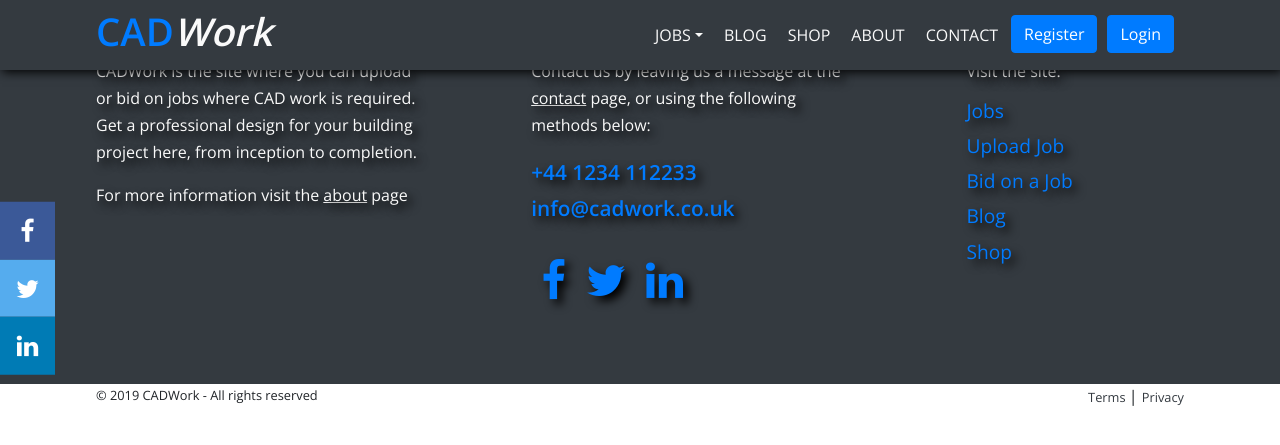
Repository: JShad30/cadwork
Page: templates/base.html
The author's editor kept a record of every edit. The page is drawn from the files as they stood at one moment, then again after the next edit.
The browser window is 1280 px wide. The pictures show the whole page.
The template is drawn by Django 2.2. The application's start-up code is not run. Other server files are loaded and not shown. The template is opened directly, without the code that normally fills it, so the values that code supplies are empty.

Above is the page before.

### templates/base.html
{% load staticfiles %}
<!DOCTYPE html>
<html lang="en">

<head>
	<!--Meta descriptions-->
    <meta charset="UTF-8">
    <meta name="viewport" content="width=device-width, initial-scale=1.0">
    <meta http-equiv="X-UA-Compatible" content="ie=edge">
    <meta name="description" content="Upload jobs and find a CAD Professional for your project">

    <!--Website title and description-->
    <title>CADWork</title>

    <!--Links to font awesome used for social icons and the css file and the bootstrap framework-->
    <link rel="stylesheet" href="https://stackpath.bootstrapcdn.com/bootstrap/4.3.1/css/bootstrap.min.css" integrity="sha384-ggOyR0iXCbMQv3Xipma34MD+dH/1fQ784/j6cY/iJTQUOhcWr7x9JvoRxT2MZw1T" crossorigin="anonymous">
    <link rel="stylesheet" href="https://cdnjs.cloudflare.com/ajax/libs/font-awesome/4.7.0/css/font-awesome.min.css">
    <link rel="stylesheet" href="{% static 'css/styles.css' %}">
</head>

<!--This html page will have the navbar and footer that will be used on every one of the pages-->
<body>

	<nav class="navbar navbar-expand-lg navbar-dark bg-dark">
		<div class="navbar-container">
			<div class="navbar-logo-dropdown-icon">
			    <h2 class="navbar-logo"><a class="navbar-brand" href="#"><span class="navbar-logo-blue">CAD</span><span class="navbar-logo-white">Work</span></a></h2>
			    <button class="navbar-toggler" type="button" data-toggle="collapse" data-target="#navbarNavDropdown" aria-controls="navbarNavDropdown" aria-expanded="false" aria-label="Toggle navigation">
			        <span class="navbar-toggler-icon"></span>
			    </button>
		    </div>
		    <div class="collapse navbar-collapse" id="navbarNavDropdown">
		        <ul class="navbar-nav ml-1">
		        	<li class="nav-item">
		                <a class="nav-link dropdown-toggle" href="#" id="navbarDropdownMenuLink" role="button" data-toggle="dropdown" aria-haspopup="true" aria-expanded="false">Jobs</a>
		        		<div class="dropdown-menu bg-dark" aria-labelledby="navbarDropdownMenuLink">
				            <a class="dropdown-item pl-3" href="#">Upload</a>
				            <a class="dropdown-item pl-3" href="#">Bid</a>
		        		</div>
		      		</li>
		            <li class="nav-item">
		                <a class="nav-link" href="#">Blog</a>
		            </li>
		            <li class="nav-item">
		                <a class="nav-link" href="#">Shop</a>
		            </li>
		            <li class="nav-item">
		                <a class="nav-link" href="#">About</a>
		            </li>
		            <li class="nav-item">
		                <a class="nav-link" href="#">Contact</a>
		            </li>
		            <!--Buttons that link to pages allowing the user to sign up or login to their membership area-->

	                {% if user.is_authenticated %}
	                <!--Account link which only appears if user is logged in-->
	                <div class="nav-item">
	                	<a class="nav-link" href="#">Account</a>
	                </div>
	                <div class="nav-item">
	                	<button class="btn btn-info" href="#" role="button">Logout</button>
	                </div>

		            {% else %}
		            <div class="nav-item nav-buttons">
	                	<button class="btn btn-primary" href="#" role="button">Register</button>
	                	<button class="btn btn-primary" href="#" role="button">Login</button>
	                </div>
		            {% endif %}
		    	</ul>
		    	<!--Social links in destop views wil be attached to the side of the page-->
	            <div class="navbar-social-link ml-1">
	                <a class="social-link" href="https://www.facebook.com/" target="_blank"><i class="fa fa-facebook"></i></a>
	                <a class="social-link" href="https://twitter.com/" target="_blank"><i class="fa fa-twitter"></i></a>
	                <a class="social-link" href="https://www.linkedin.com/?hl=en" target="_blank"><i class="fa fa-linkedin"></i></a>
	            </div>
		    	<!--Contact and about page only appears in mobile views-->
		        <div class="terms-privacy-navbar">
		          	<div class="terms-privacy-navbar-links">
		          		<span class="terms-privacy-link">&#169; 2019 CADWork</span>
		          		<div class="terms-privacy-navbar">
				            <a id="terms-navbar" class="terms-privacy-link" href="#">Terms</a><span class="terms-privacy-navbar-divider"> | </span><a id="privacy-navbar" class="terms-privacy-link" href="#">Privacy</a></p>
			            </div>
			        </div>
		        </div>
		  	</div>
		</div>
	</nav>

    <!--These social icons only display when the website is displayed in desktop views -->
    <div class="icon-bar-desktop-views">
		<a href="https://www.facebook.com/" target="_blank" class="icon-bar-facebook"><i class="fa fa-facebook"></i></a>
		<a href="https://twitter.com/" target="_blank" class="icon-bar-twitter"><i class="fa fa-twitter"></i></a>
		<a href="https://www.linkedin.com/?hl=en" target="_blank" class="icon-bar-linkedin"><i class="fa fa-linkedin"></i></a>
	</div>

    {% block content %}
    {% endblock %}

    <footer class="footer">
		<div class="footer-top">
			<div class="footer-container">
	            <!--Links at the top of the footer section-->
				<div class="footer-top-areas">
					<!--Select the recipes by meal type-->
					<div class="footer-section">
						<h3 class="footer-header">About Us</h3>
						<p class="footer-paragraph">CADWork is the site where you can upload or bid on jobs where CAD work is required. Get a professional design for your building project here, from inception to completion.</p>
						<p class="footer-paragraph">For more information visit the <span class="footer-about-contact-link"><a href="#">about</a></span> page</p>
					</div>
					<!--Select recipes by allergen requirements-->
					<div class="footer-section">
						<h3 class="footer-header">Contact Us</h3>
						<p class="footer-paragraph">Contact us by leaving us a message at the <span class="footer-about-contact-link"><a href="#">contact</a></span> page, or using the following methods below:</p>
						<div class="footer-contact options">
							<p class="footer-paragraph" id="footer-paragraph-phone"><a href="tel://+441234112233">+44 1234 112233</a></p>
							<p class="footer-paragraph" id="footer-paragraph-email"><a href="mailto:info@cadwork.co.uk">info@cadwork.co.uk</a></p>
						</div>
						<!--Social links in the footer-->
						<div class="footer-social">
			                <ul class="social-links">
			                    <li class="social"><a class="dropdown-content-link social-link" href="https://www.facebook.com/" target="_blank"><i class="fa fa-facebook"></i></a></li>
			                    <li class="social"><a class="dropdown-content-link social-link" href="https://twitter.com/" target="_blank"><i class="fa fa-twitter"></i></a></li>
			                    <li class="social"><a class="dropdown-content-link social-link" href="https://www.linkedin.com/?hl=en" target="_blank"><i class="fa fa-linkedin"></i></a></li>
			                </ul>
			            </div>

					</div>
					<!--Allow the user to select the pages that show the most recent and the most popular recipes-->
					<div class="footer-section" id="footer-about-section">
						<h3 class="footer-header">Useful Links</h3>
						<p class="footer-paragraph">Visit the site:</p>
						<div class="footer-contact options">
							<p class="footer-paragraph footer-link"><a href="#">Jobs</a></p>
							<p class="footer-paragraph footer-link"><a href="#">Upload Job</a></p>
							<p class="footer-paragraph footer-link"><a href="#">Bid on a Job</a></p>
							<p class="footer-paragraph footer-link"><a href="#">Blog</a></p>
							<p class="footer-paragraph footer-link"><a href="#">Shop</a></p>
						</div>
					</div>
				</div>
			</div>
		</div>
		<!--Bottom section of the footer-->
		<div class="footer-bottom">
			<div class="footer-container">
	            <div class="footer-statement">
	            	<!--Copyright statement-->
	            	<p class="statement">&#169; 2019 CADWork - All rights reserved</p>
	            	<div class="footer-contact-about">
						<p class="footer-contact-about-links">
							<!--Links to the contact and about pages-->
							<span class="footer-contact-about-links-span"><a id="about-footer" class="terms-about-link" href="#">Terms </a></span><span class="footer-contact-about-links-divider">|</span>
				            <span class="footer-contact-about-links-span"><a id="contact-footer" class="terms-about-link" href="#">Privacy</a></span>
				        </p>
					</div>
	            </div>
	        </div>
		</div>
	</footer>

    <!--Scripts to run-->
    <script src="https://code.jquery.com/jquery-3.3.1.slim.min.js" integrity="sha384-q8i/X+965DzO0rT7abK41JStQIAqVgRVzpbzo5smXKp4YfRvH+8abtTE1Pi6jizo" crossorigin="anonymous"></script>
    <script src="https://cdnjs.cloudflare.com/ajax/libs/popper.js/1.14.7/umd/popper.min.js" integrity="sha384-UO2eT0CpHqdSJQ6hJty5KVphtPhzWj9WO1clHTMGa3JDZwrnQq4sF86dIHNDz0W1" crossorigin="anonymous"></script>
    <script src="https://stackpath.bootstrapcdn.com/bootstrap/4.3.1/js/bootstrap.min.js" integrity="sha384-JjSmVgyd0p3pXB1rRibZUAYoIIy6OrQ6VrjIEaFf/nJGzIxFDsf4x0xIM+B07jRM" crossorigin="anonymous"></script>

</body>

</html>

### static/css/styles.css
/*Font style imports*/

/*Colours to use in site*/
/*
blue colour - #007bff
dark grey - #343a40
White colour - #FAFAFA
*/

/*Importing the fonts */

/* Open Sans font to be used throughout the site */
@import url('https://fonts.googleapis.com/css?family=Open+Sans:400,600&display=swap');

/* Titillium web to be used for the headers throughout the site */
@import url('https://fonts.googleapis.com/css?family=Titillium+Web:400,700&display=swap');

/* Global styles styles*/

* {
    margin: 0;
    font-family: "Open Sans", sans-serif;
}

h1, h2, h3, h4, h5, h6 {
    font-family: "Titillium Web", sans-serif;
}







/*---------- Navbar ----------*/
.navbar {
    display: flex;
    justify-content: center;
    position: fixed;
    width: 100%;
    padding: 0;
    box-shadow: 2px 2px 10px #000000;
}

.nav-item {
    display: flex;
    flex-direction: column;
    justify-content: flex-start;
    width: 100%;
    align-items: flex-start;
}

.nav-link i {
    font-size: 1.2em;
}

.nav-buttons {
    margin: 20px 0;
    display: flex;
    flex-direction: row;
}

.dropdown-menu {
    position: absolute;
    width: 100%;
    border-color: rgba(255,255,255,0.1);
    border-width: 0.4px;
    width: 150px;
    border-radius: 0;
    border: 0.5px;
}

.dropdown-item {
    text-transform: uppercase;
    color: #FAFAFA;
}

.dropdown-item:hover {
    background-color: #343a40;
}

.btn-primary {
    font-size: 1.4em;
    margin-right: 20px;
}

.dropdown-item:hover {
    color: #007bff;
}

.navbar-container {
    width: 85%;
    max-width: 1200px;
}

.navbar-logo-dropdown-icon {
    height: 70px;
    display: flex;
    flex-direction: row;
    justify-content: space-between;
    align-items: center;
}

.navbar-logo a {
    font-size: 1.2em;
    font-weight: 600;
}

.navbar-logo-blue {
    color: #007bff;
}

.navbar-logo-white {
    color: #FAFAFA;
    font-style: italic;
}

.navbar-dark .nav-item .nav-link {
    text-transform: uppercase;
    color: #fafafa;
    font-weight: 400;
    font-size: 1em;
    margin-right: 5px;
    transition-duration: 0.1s;
    transition-timing-function: ease-in-out;
}

.navbar-dark .nav-item .nav-link:hover {
    transition-property: color;
    color: #007bff;
    transition-duration: 0.1s;
    transition-timing-function: ease-in-out;
}

.terms-privacy-navbar-links {
    display: flex;
    flex-direction: row;
    justify-content: space-between;
    padding: 20px 0;
}

.navbar-social-link .social-link i {
    color: #FAFAFA;
    font-size: 2em;
    margin: 10px 10px 10px 0;
    transition-duration: 0.1s;
    transition-timing-function: ease-in-out;
}

.navbar-social-link .social-link i:hover {
    color: #007bff;
    transition-duration: 0.1s;
    transition-timing-function: ease-in-out;
}

.terms-privacy-navbar a:hover {
    color: #007bff;
    text-decoration: none;
}

.terms-privacy-link {
    color: #FAFAFA;
}

.terms-privacy-navbar-divider {
    color: #FAFAFA;
}

/*---------- End of social icons at the side of the page in desktop views ----------*/







/*----------Social link bar----------*/
.icon-bar-desktop-views {
    top: 40%;
    position: fixed;
    -webkit-transform: translateY(-50%);
    -ms-transform: translateY(-50%);
    transform: translateY(-50%);
}

.icon-bar-desktop-views a {
    display: none;
    text-align: center;
    transition-timing-function: ease-in-out;
    padding: 10px 12px;
    transition-duration: 0.1s;
    color: white;
    font-size: 25px;
}

.icon-bar-facebook {
    background-color: #3B5998;
    color: #FFFFFF;
    width: 55px;
    transition-property: width;
    transition-timing-function: ease-in-out;
}

.icon-bar-facebook:hover {
    transition-property: width;
    transition-timing-function: ease-in-out;
    width: 65px;
}

.icon-bar-twitter {
    background-color: #55ACEE;
    color: #FFFFFF;
    width: 55px;
    transition-property: width;
    transition-timing-function: ease-in-out;
}

.icon-bar-twitter:hover {
    transition-property: width;
    transition-timing-function: ease-in-out;
    width: 65px;
}

.icon-bar-linkedin {
    background-color: #007bb5;
    color: #FFFFFF;
    width: 55px;
    transition-property: width;
    transition-timing-function: ease-in-out;
}

.icon-bar-linkedin:hover {
    transition-property: width;
    transition-timing-function: ease-in-out;
    width: 65px;
}

.icon-bar-facebook:hover,
.icon-bar-twitter:hover,
.icon-bar-linkedin:hover {
    padding-left: 20px;
}
/*----------End of Social link bar----------*/






/*---------- Footer ----------*/
.footer {
    display: flex;
    flex-direction: column;
    align-items: center;
}

.footer-bottom {
    width: 100%;
    display: flex;
    justify-content: center;
}

.footer-top {
    width: 100%;
    background-color: #343a40;
    display: flex;
    justify-content: center;
}

.footer-container {
    width: 85%;
    max-width: 1200px;
}

.footer-top-container {
    margin-top: 2.5em;
}

.footer-bottom-container {
    margin-top: 1em;
}

.footer-section {
    margin-bottom: 3em;
}

.footer-header {
    color: #FAFAFA;
    font-size: 2em;
    margin-bottom: .6em;
    text-shadow: 5px 5px 10px #000000;
}

.footer-paragraph {
    color: #FAFAFA;
    font-size: 1em;
    line-height: 1.7em;
    text-shadow: 5px 5px 10px #000000;
}

.footer-paragraph a {
    transition-duration: 0.1s;
    transition-timing-function: ease-in-out;
}

.footer-link {
    font-size: 1.2em;
    line-height: 1em;
}

.footer-paragraph a:hover {
    transition-property: color;
    color: #FAFAFA;
    transition-duration: 0.1s;
    transition-timing-function: ease-in-out;
    text-decoration: none;
}

.footer-paragraph span {
    text-decoration: underline;
}

.footer-paragraph span a {
    color: #FAFAFA;
    transition-duration: 0.1s;
    transition-timing-function: ease-in-out;
}

.footer-paragraph span a:hover {
    transition-property: color;
    color: #007bff;
    transition-duration: 0.1s;
    transition-timing-function: ease-in-out;
}

#footer-paragraph-phone,
#footer-paragraph-email {
    font-size: 1.3em;
    font-weight: 600;
    margin-bottom: 0;
    color: #007bff;
}

/*Social links at the top of the footer*/
.footer-social {
    width: 100%;
    display: flex;
    justify-content: left;
    align-items: center;
    min-height: 50px;
    margin: 30px 0;
}

.social-links {
    padding: 20px;
    display: flex;
    flex-direction: row;
    justify-content: space-around;
    padding: 0;
    margin: 0;
    list-style-type: none;
}

.social {
    margin: 0 10px;
}

.social-links li a {
    text-decoration: none;
}

.social-links li a i {
    font-size: 2.7em;
    display: flex;
    transition-duration: 0.1s;
    transition-timing-function: ease-in-out;
    color: #007bff;
    text-shadow: 5px 5px 10px #000000;
}

.social-links li a i:hover {
    transition-property: color;
    transition-duration: 0.1s;
    transition-timing-function: ease-in-out;
    color: #FAFAFA;
}

/* Footer copyright and terms and privacy links at the bottom*/
.footer-statement {
    display: flex;
    justify-content: space-between;
}

.statement,
.footer-contact-about-links-span {
    font-size: 0.8em;
}

.statement {
    display: flex;
    align-items: center;
}

.footer-contact-about-links-span a {
    color: #343a40;
    transition-duration: 0.1s;
    transition-timing-function: ease-in-out;
}

.footer-contact-about-links-span a:hover {
    text-decoration: none;
    color: #007bff;
    transition-duration: 0.1s;
    transition-timing-function: ease-in-out;
}

/*---------- End of Footer ----------*/









/*---------- Larger screen sizes ----------*/
/* Horizontal mobile screens */
@media(min-width: 500px) {
}

/*tablet screens*/
@media(min-width: 768px) {

    /*---------- Footer sections ----------*/
    .footer-top-areas {
        display: flex;
        flex-direction: row;
        justify-content: space-between;
    }

    .footer-section {
        width: 30%;
    }

    #footer-about-section {
        width: 20%;
    }
    /*---------- End of Footer sections ----------*/
}

/*Large tablet and small laptop screens*/
@media(min-width: 992px) {
    /*----------Navbar----------*/
    .navbar {
        padding: 0;
    }

    .navbar-container {
        display: flex;
        flex-direction: row;
        justify-content: space-between;
    }

    .terms-privacy-navbar {
        display: none;
    }

    .btn-primary {
        font-size: 1em;
        margin-right: 10px;
    }

    .nav-buttons {
        margin: 0;
    }

    .navbar-social-link {
        display: none;
    }

    .navbar-collapse {
        justify-content: flex-end;
    }

    /*----------Social link bar display----------*/
    .icon-bar-desktop-views a {
        display: block;
    }
    /*End of social link bar display*/
    /*----------End of Navbar in laptop and desktop views-----------*/

}

/*Larger laptop and desktop screens*/
@media(min-width: 1224px) {
}

After the next edit:
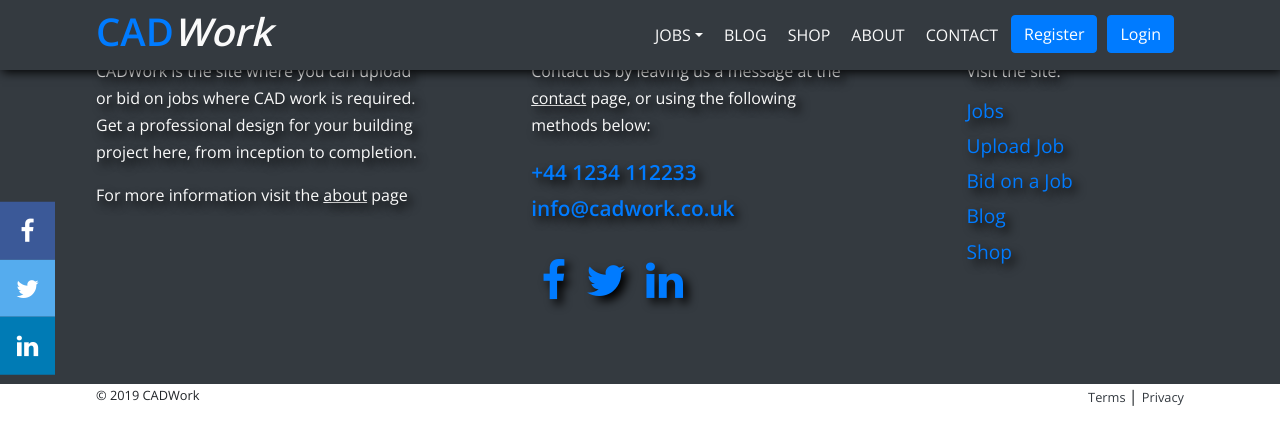
The edit:
--- a/templates/base.html
+++ b/templates/base.html
@@ -146,7 +146,7 @@
 			<div class="footer-container">
 	            <div class="footer-statement">
 	            	<!--Copyright statement-->
-	            	<p class="statement">&#169; 2019 CADWork - All rights reserved</p>
+	            	<p class="statement">&#169; 2019 CADWork</p>
 	            	<div class="footer-contact-about">
 						<p class="footer-contact-about-links">
 							<!--Links to the contact and about pages-->
